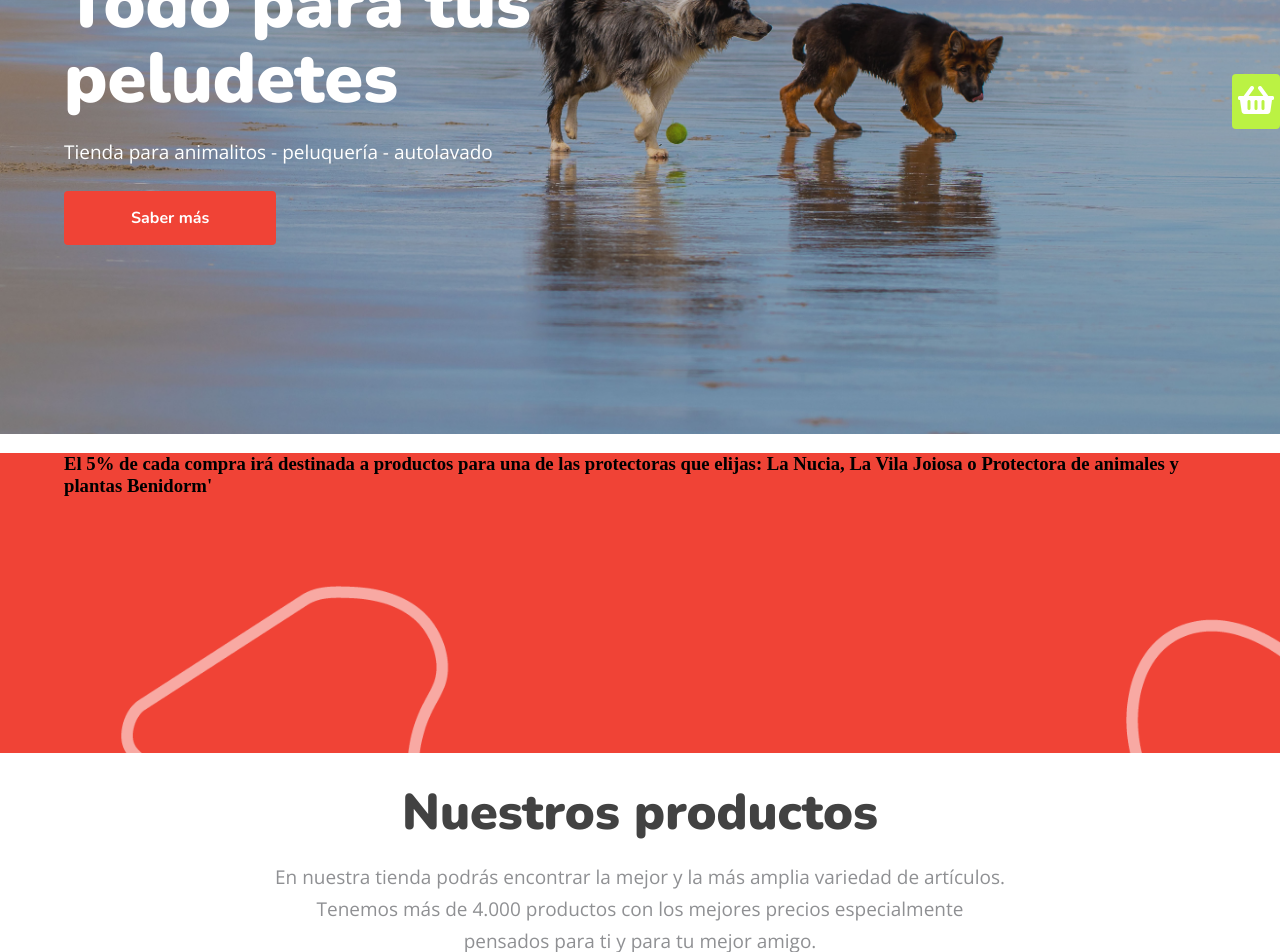
Repository: MarilynCuore/landingVet
Page: index.html
The author's editor kept a copy of each file at every save. The page is drawn from the files as they stood at one save, then again after the next save.
The browser window is 1280 px wide. The pictures show the part of the page from y = 286 to 1238 px (the page is 2983 px tall).
Some web libraries are served in a nearby version. The style sheet was rebuilt from its Sass, Less or Tailwind sources for each picture, by a compiler version that may differ from the author's.

Above is the page before, as saved 2020-06-25 14:08:17.

### index.html
<!DOCTYPE html>
<html lang="en">

<head>
    <meta charset="UTF-8">
    <meta name="viewport" content="width=device-width, initial-scale=1.0">
    <title>Document</title>
    <link rel="stylesheet" href="./main.css">
    <link rel="stylesheet" href="https://cdnjs.cloudflare.com/ajax/libs/font-awesome/5.13.0/css/all.min.css">
    <link rel="stylesheet" href="./swiper-master/package/css/swiper.min.css">
    <script src="./swiper-master/package/js/swiper.js"></script>
    <script src="./main.js"></script>
</head>

<body>
    <a href="http://surfinganimals.tienda.today/#pl" class="store"><i class="fas fa-shopping-basket"></i>
    </a>
    <!--Nav-->
    <nav>
        <div class="top-bar">
            <div class="container">
                <ul>
                    <li>
                        <a href="tel:+34656694146">Llámanos 656694146</a>
                    </li>
                    <li>
                        <a href="http://surfinganimals.tienda.today/#login">Mi cuenta</a>
                    </li>
                </ul>
            </div>
        </div>
        <div class="bottom-bar">
            <div class="container">
                <ul>
                    <li>
                        <a href="">
                            <img class="logo" src="./assets/white.png" width="170">
                        </a>
                    </li>
                </ul>
                <ul>
                    <li>
                        <a href="http://surfinganimals.tienda.today/#pl">Tienda</a>
                    </li>
                    <li>
                        <a href="#service">Servicios</a>
                    </li>
                    <li>
                        <a href="#contact">Contacto</a>
                    </li>
                </ul>
            </div>

        </div>

    </nav>
    <a href=""></a>
    <header>
        <div class="container">
            <h1>Todo para tus peludetes</h1>
            <p>Tienda para animalitos - peluquería - autolavado</p>
            <a href="#info">Saber más</a>
        </div>

    </header>
    <section>
        <div class="container">
            <h3>El <span>5%</span> de cada compra irá destinada a productos para una de las protectoras que elijas: La Nucia, La Vila Joiosa o Protectora de animales y plantas Benidorm'</h3>
        </div>
    </section>
    <section id="service">
        <div class="container">
            <div class="title">
                <h2>Nuestros productos</h2>
                <p>En nuestra tienda podrás encontrar la mejor y la más amplia variedad de artículos. <br>Tenemos más de
                    4.000 productos con los mejores precios especialmente <br>pensados para ti y para tu mejor amigo.</p>
            </div>
            <div class="grid">
                <div class="grid__container">
                    <div class="title">
                        <strong><a href="http://surfinganimals.tienda.today/#pl!eyJjIjozMTAxMjU4MiwicyI6IiIsInEiOiIxMiIsIm8iOiJpbWFnZSIsInBtaW4iOjAuMDEsInBtYXgiOjcwMy40Nn0=">Saber más</a></strong>
                        <span>Perros</span>
                    </div>
                </div>
                <div class="grid__container">
                    <div class="title">
                        <strong><a href="http://surfinganimals.tienda.today/#pl!eyJjIjozMTAxMjU4MywicyI6IiIsInEiOiIxMiIsIm8iOiJpbWFnZSIsInBtaW4iOjAuMDEsInBtYXgiOjcwMy40Nn0=">Saber más</a></strong>
                        <span>Gatos</span>
                    </div>
                </div>
                <div class="grid__container">
                    <div class="title">
                        <strong><a href="http://surfinganimals.tienda.today/#pl!eyJjIjozMTAxMjU4NCwicyI6IiIsInEiOiIxMiIsIm8iOiJpbWFnZSIsInBtaW4iOjAuMDEsInBtYXgiOjcwMy40Nn0=">Saber más</a></strong>
                        <span>Otros</span>
                    </div>
                </div>
            </div>
        </div>
    </section>
    <div class="swiper-container" id="info">
        <div class="swiper-wrapper">
            <div class="swiper-slide">
                <h1>Apertura <span>1 de junio</span> 2020</h1>
            </div>
            <div class="swiper-slide">
                <h1>LIBRE DE <span>COVID 19</span> <br> Desinfectamos diariamente con ozono</h1>
            </div>
            <div class="swiper-slide">
                <h1>PROMOCIÓN <span>20%</span> DE DESCUENTO <br> En todos los servicios de peluquería <br>
                    <small>(válido del 1 al 30 de junio del 2020)</small>
                </h1>
            </div>
        </div>
        <!-- If we need pagination -->
        <div class="swiper-pagination"></div>
        <!-- If we need navigation buttons -->
        <div class="swiper-button-prev"></div>
        <div class="swiper-button-next"></div>

    </div>
    <section id="contact">
        <div class="one">
            <div class="content container">
                <h3>Encuéntranos o ponte en contacto</h3>
                <div>
                    <p>Avenida de Xixo, 2  03502 Benidorm (Alicante)</p>
                    <a href="mailto:surfinganimalss@gmail.com">surfinganimalss@gmail.com</a>
                </div>
            </div>

        </div>
        <div class="two">
            <iframe
                src="https://www.google.com/maps/embed?pb=!1m18!1m12!1m3!1d3120.8457343049804!2d-0.1457208846487158!3d38.53732407962783!2m3!1f0!2f0!3f0!3m2!1i1024!2i768!4f13.1!3m3!1m2!1s0xd6204ce21245b81%3A0x5f329e0837acba10!2sAv.%20de%20Xixo%2C%202%2C%2003502%20Benidorm%2C%20Alicante!5e0!3m2!1ses!2ses!4v1590587822683!5m2!1ses!2ses"
                width="100%" height="450" frameborder="0" style="border:0;" allowfullscreen="" aria-hidden="false"
                tabindex="0"></iframe>
        </div>
    </section>
    <footer>
        <div class="container">
            <div>
                <ul>
                    <li>
                        <a href="">
                            <img src="./assets/footer.png" alt="" width="100">
                        </a>

                    </li>
                </ul>
            </div>
            <div>
                <h5>Tienda</h5>
                <ul>
                    <li>
                        <a href="http://surfinganimals.tienda.today/#pl!eyJjIjozMTAxMjU4MiwicyI6IiIsInEiOiIxMiIsIm8iOiJpbWFnZSIsInBtaW4iOjAuMDEsInBtYXgiOjcwMy40Nn0=">Perros</a>
                    </li>
                    <li>
                        <a href="http://surfinganimals.tienda.today/#pl!eyJjIjozMTAxMjU4MywicyI6IiIsInEiOiIxMiIsIm8iOiJpbWFnZSIsInBtaW4iOjAuMDEsInBtYXgiOjcwMy40Nn0=
                        ">Gatos</a>
                    </li>
                    <li>
                        <a href="http://surfinganimals.tienda.today/#pl!eyJjIjozMTAxMjU4NCwicyI6IiIsInEiOiIxMiIsIm8iOiJpbWFnZSIsInBtaW4iOjAuMDEsInBtYXgiOjcwMy40Nn0=">Otros animales</a>
                    </li>
                </ul>
            </div>
            <div>
                <h5>Enlaces</h5>
                <ul>
                    <li>
                        <a href="#contact">Contacto</a>
                    </li>
                    <li>
                        <a href="#service">Servicios</a>
                    </li>
                </ul>
            </div>
            <div>
                <h5>Instagram</h5>
                <div class="grid">
                    <a href=""></a>
                    <a href=""></a>
                    <a href=""></a>
                    <a href=""></a>
                    <a href=""></a>
                    <a href=""></a>
                </div>
            </div>
        </div>
    </footer>
</body>

</html>

### main.scss
@import url("https://fonts.googleapis.com/css2?family=Nunito:ital,wght@0,200;0,300;0,400;0,600;0,700;0,800;0,900;1,200;1,300;1,400;1,600;1,700;1,800;1,900&display=swap");
@import url("https://fonts.googleapis.com/css2?family=Open+Sans:ital,wght@0,300;0,400;0,600;0,700;0,800;1,300;1,400;1,600;1,700;1,800&display=swap");
$color-primary: #f04336;
html {
  scroll-behavior: smooth;
}
:root {
  --swiper-theme-color: #bbf243 !important;
}
.container {
  max-width: 90%;
  margin: 0 auto;
}
.store {
  position: fixed;
  right: 0;
  top: 50%;
  color: white;
  background-color: #bbf243;
  border-color: #ffffff;
  padding: 5px;
  text-decoration: none;
  font-weight: bold;
  font-family: "Nunito", sans-serif;
  border: 1px solid transparent;
  overflow: hidden;
  border-radius: 4px;
  font-size: 2rem;
  z-index: 999999999999;
}
.active {
  z-index: 10000;
  .top-bar {
    display: none;
  }
  background-color: white !important;
  .bottom-bar {
    padding-top: 0 !important;
    border-bottom: none !important;
  }
  ul {
    li {
      a {
        color: #adadad !important;
      }
    }
  }
}

nav {
  &.active {
    padding: 0;
  }
  background: transparent;
  position: fixed;
  left: 0;
  width: 100%;
  z-index: 10;
  border-bottom: solid 0.5px white;
  padding-top: 1rem;
  padding-bottom: 0;
  transition: all 0.3s ease-in-out;
  .top-bar {
    background-color: rgba(white, 0.3);
    position: fixed;
    top: 0;
    width: 100%;
    height: 35px;
    font-size: 13px;
    line-height: 1;
    z-index: 110;
    padding-top: 1rem;
    .container {
      margin-top: 5px;
      ul {
        display: flex;
        align-items: center;
        justify-content: flex-end;
        margin: 0px !important;
        li {
          list-style: none;
          a {
            text-decoration: none;
            color: white;
            font-size: 13px;
            font-weight: normal;
            font-family: "Nunito", sans-serif;
            &:hover {
              color: $color-primary;
            }
          }
          &:nth-of-type(1) {
            padding-right: 1rem;
          }
        }
      }
    }
  }
  .bottom-bar {
    padding-top: 2rem;
    .container {
      display: flex;
      align-items: center;
      justify-content: space-between;
      ul {
        width: 100%;
        margin: 0;
        padding-left: 0px;
        &:nth-of-type(2) {
          display: flex;
          align-self: center;
          justify-content: flex-end;
          li {
            padding-right: 3rem;
            &:last-child {
              padding-right: 0px !important;
            }
          }
        }
        li {
          list-style: none;
          a {
            text-decoration: none;
            color: white;
            font-size: 18px;
            font-weight: bold;
            font-family: "Nunito", sans-serif;
            img {
              padding-top: 0.5rem;
            }
            &:hover {
              color: $color-primary;
            }
          }
        }
      }
    }
  }
}
header {
  background-image: url("./assets/bg-vet.jpg");
  background-size: cover;
  background-position: bottom;
  background-repeat: no-repeat;
  height: 100vh;
  width: 100vw;
  position: relative;
  .container {
    padding-top: 2em;
    height: 100%;
    display: flex;
    flex-direction: column;
    align-items: flex-start;
    justify-content: center;

    h1 {
      z-index: 9;
      visibility: visible;
      text-align: left;
      line-height: 75px;
      letter-spacing: 0px;
      font-weight: 900;
      font-size: 70px;
      border-color: rgb(143, 144, 147);
      border-style: none;
      margin: 0px;
      padding: 0px;
      color: white;
      white-space: normal;
      width: 645px;
      height: auto;
      font-family: "Nunito", sans-serif;
    }
    p {
      z-index: 10;
      font-family: "Open Sans";
      visibility: visible;
      text-align: left;
      line-height: 30px;
      letter-spacing: 0px;
      font-weight: 400;
      font-size: 19px;
      border-color: rgb(143, 144, 147);
      border-style: none;
      margin: 0px;
      padding: 0px;
      color: white;
      white-space: normal;
      width: 639px;
      height: auto;
      padding-top: 1.2rem;
      padding-bottom: 1.5rem;
      font-family: "Open Sans", sans-serif;
    }
    a {
      color: white;
      background-color: $color-primary;
      border-color: #ffffff;
      padding: 15px 66px;
      text-decoration: none;
      font-weight: bold;
      font-family: "Nunito", sans-serif;
      border: 1px solid transparent;
      overflow: hidden;
      border-radius: 4px;
    }
  }
}
.swiper-container {
  .swiper-slide {
    font-family: "Nunito", sans-serif;
    display: flex;
    justify-content: center;
    align-items: center;
    color: white;
    height: 400px;
    background-size: cover;
    background-position: center;
    background-color: rgba(#3e3e3e, 0.2);
    background-blend-mode: lighten;
    h1 {
      font-size: 40px;
      width: 80%;
      text-align: center;
      span {
        transform: translateY(-6px);
        display: inline-block;
        z-index: 1;
        background: $color-primary;
        padding: 5px 15px;
        color: white;
        font-size: 22px;
        clip-path: polygon(0 0, 100% 0, 90% 100%, 10% 100%);
        font-family: "Nunito", sans-serif;
        font-size: 1.3rem;
        font-weight: bold;
        transition: all 0.5s ease;
      }
      small {
        font-size: 16px;
      }
    }
    &:nth-child(1) {
      background-image: url("https://images.unsplash.com/photo-1554149944-5ca79e771636?ixlib=rb-1.2.1&ixid=eyJhcHBfaWQiOjEyMDd9&auto=format&fit=crop&w=1950&q=80");
    }
    &:nth-child(2) {
      background-image: url("https://images.unsplash.com/photo-1587131593450-168211a8c312?ixlib=rb-1.2.1&ixid=eyJhcHBfaWQiOjEyMDd9&auto=format&fit=crop&w=2000&q=80");
    }
    &:nth-child(3) {
      background-image: url("https://images.unsplash.com/photo-1516734212186-a967f81ad0d7?ixlib=rb-1.2.1&ixid=eyJhcHBfaWQiOjEyMDd9&auto=format&fit=crop&w=1951&q=80");
    }
  }
}
section {
  &:nth-of-type(1){
    width: 100%;
    height: 300px;
    background-image: url('./assets/background-red.png');
    background-size: cover;
    background-position: center;
    background-repeat: no-repeat;
  }
  &:nth-of-type(2) {
    padding-bottom: 3.5rem;
    .container {
      .title {
        h2 {
          font-size: 50px;
          line-height: 1.1em;
          text-align: center;
          color: #424242;
          font-weight: bold;
          margin: 0;
          padding: 0;
          padding-top: 2rem;
          padding-bottom: 1.3rem;
          font-family: "Nunito", sans-serif;
          font-weight: 900;
        }
        p {
          color: #8f9093;
          font-size: 19px;
          line-height: 32px;
          text-align: center;
          margin: 0;
          padding: 0;
          font-family: "Open Sans", sans-serif;
        }
      }
      .grid {
        padding-top: 2rem;
        height: 500px;
        position: relative;
        max-width: 100%;
        margin: 0 auto;
        display: flex;
        &__container {
          background-size: cover;
          background-position: center;
          background-repeat: no-repeat;
          padding: 20px;
          display: grid;
          place-items: center;
          text-align: center;
          color: white;
          transition: 0.3s;
          border-radius: 6px;
          display: flex;
          align-items: flex-end;
          flex: 1 1 auto;
          transition: 0.5s;
          &:hover {
            flex: 2 1 auto;
          }
          .title {
            margin-bottom: 2em;
            display: flex;
            justify-content: center;
            width: 100%;
            position: relative;
            cursor: pointer;
            &:hover {
              strong {
                top: -35px;
                opacity: 1;
                color: black;
                border-radius: 0;
                transform: scale(1);
              }
            }
            strong {
              transition: all 0.5s ease;
              overflow: hidden;
              opacity: 1;
              display: block;
              position: absolute;
              top: 5px;
              z-index: 0;
              transform: scale(0);
              padding: 5px 10px;
              background: white;
              color: white;
              font-family: "Nunito", sans-serif;
              a {
                color: $color-primary;
                text-decoration: none;
                cursor: pointer;
              }
              &:hover {
                & + span {
                  background-color: $color-primary;
                  color: white;
                }
              }
            }
            span {
              z-index: 1;
              background: white;
              padding: 5px 15px;
              color: $color-primary;
              font-size: 18px;
              clip-path: polygon(0 0, 100% 0, 90% 100%, 10% 100%);
              font-family: "Nunito", sans-serif;
              font-size: 1.3rem;
              font-weight: bold;
              transition: all 0.5s ease;
              &:hover {
                background: $color-primary;
                color: white;
              }
            }
          }
          &:nth-child(1) {
            margin-right: 10px;
            background-image: url("https://images.unsplash.com/photo-1504826260979-242151ee45b7?ixlib=rb-1.2.1&ixid=eyJhcHBfaWQiOjEyMDd9&auto=format&fit=crop&w=934&q=80");
            background-position: bottom;
          }
          &:nth-child(2) {
            margin-right: 10px;
            background-image: url("https://images.unsplash.com/photo-1574231164645-d6f0e8553590?ixlib=rb-1.2.1&ixid=eyJhcHBfaWQiOjEyMDd9&auto=format&fit=crop&w=1035&q=80");
          }
          &:nth-child(3) {
            margin-right: 10px;
            background-image: url("https://images.unsplash.com/photo-1529040274442-815019b0e4fc?ixlib=rb-1.2.1&auto=format&fit=crop&w=933&q=80");
          }
        }
      }
    }
  }
  &:nth-of-type(3) {
    display: flex;
    width: 100%;
    justify-content: space-between;
    width: 100%;
    .one {
      width: 50%;
      background-color: #ededed;
      .content {
        display: flex;
        flex-direction: column;
        align-items: center;
        justify-content: center;
        height: 100%;
        h3 {
          color: #424242;
          font-family: "Nunito", sans-serif;
          font-weight: 900;
          text-align: center;
          word-wrap: break-word;
          font-size: 40px;
          margin: 0;
          padding: 0;
        }
        div {
          display: flex;
          flex-direction: column;
          justify-content: center;
          align-items: center;
          p {
            font-size: 15px;
            font-weight: 400;
            line-height: 25px;
            color: #8f9093;
            font-family: "Open Sans";
            text-align: center;
          }
          a {
            font-size: 15px;
            font-weight: bold;
            line-height: 25px;
            color: $color-primary;
            font-family: "Open Sans";
            text-decoration: none;
          }
        }
      }
    }
    .two {
      width: 50%;
      iframe {
        display: block;
      }
    }
  }
}
footer {
  .container {
    display: flex;
    justify-content: space-between;
    align-items: flex-start;
    padding-top: 3rem;
    padding-bottom: 2rem;
    div {
      width: 33%;
      h5 {
        color: #4a4a4a;
        font-weight: 900;
        font-family: "Nunito", sans-serif;
        font-size: 24px;
        margin: 0;
      }
      ul {
        padding: 0px;
        li {
          list-style: none;
          p {
            color: #8f9093;
            text-align: left;
            font-family: "Open Sans";
            font-size: 15px;
            font-weight: 400;
            line-height: 25px;
            margin: 34px 0px 0px;
          }
          a {
            color: #8f9093;
            text-decoration: none;
            font-size: 15px;
            font-weight: 400;
            line-height: 25px;
            font-family: "Open Sans";
            &:hover {
              color: $color-primary;
            }
          }
        }
      }
      .grid {
        display: flex;
        align-items: center;
        justify-content: flex-start;
        flex-wrap: wrap;
        width: 100%;
        padding-top: 1rem;
        a {
          width: calc(33% - 2px);
          height: 85px;
          margin: 1px;
          background-size: cover;
          background-position: center;
          background-repeat: no-repeat;
          &:hover {
            transition: all 0.1s ease;
            transform: scale(0.9) rotate(10deg);
          }
          &:nth-of-type(1) {
            background-image: url("https://images.unsplash.com/photo-1494256997604-768d1f608cac?ixlib=rb-1.2.1&ixid=eyJhcHBfaWQiOjEyMDd9&auto=format&fit=crop&w=2001&q=80");
          }
          &:nth-of-type(2) {
            background-image: url("https://images.unsplash.com/photo-1507146426996-ef05306b995a?ixlib=rb-1.2.1&ixid=eyJhcHBfaWQiOjEyMDd9&auto=format&fit=crop&w=1950&q=80");
          }
          &:nth-of-type(3) {
            background-image: url("https://images.unsplash.com/photo-1536612125961-dca53f20363d?ixlib=rb-1.2.1&auto=format&fit=crop&w=1950&q=80");
          }
          &:nth-of-type(4) {
            background-image: url("https://images.unsplash.com/photo-1586326709898-0a344840a314?ixlib=rb-1.2.1&auto=format&fit=crop&w=1950&q=80");
          }
          &:nth-of-type(5) {
            background-image: url("https://images.unsplash.com/photo-1518794183325-56eed2af11fa?ixlib=rb-1.2.1&ixid=eyJhcHBfaWQiOjEyMDd9&auto=format&fit=crop&w=1867&q=80");
          }
          &:nth-of-type(6) {
            background-image: url("https://images.unsplash.com/photo-1425082661705-1834bfd09dca?ixlib=rb-1.2.1&ixid=eyJhcHBfaWQiOjEyMDd9&auto=format&fit=crop&w=1955&q=80");
          }
        }
      }
    }
  }
}
body {
  margin: 0;
  padding: 0;
}
@media only screen and (max-width: 646px) {
  header {
    .container {
      align-items: center !important;
      h1 {
        text-align: center !important;
      }
      p {
        text-align: center !important;
      }
    }
  }
  section {
    &:nth-of-type(1) {
      .container {
        .grid {
          flex-direction: column;
          &__container {
            &:nth-of-type(1) {
              margin-bottom: 10px;
              padding-left: 0px !important;
            }
            &:nth-of-type(2) {
              margin-bottom: 10px;
              padding-left: 0px !important;
            }
          }
        }
      }
    }
    &:nth-of-type(2) {
      flex-direction: column;
      .one {
        width: 100% !important;
        padding-top: 1rem;
        padding-bottom: 1rem;
      }
      .two {
        width: 100% !important;
      }
    }
  }
  footer {
    .container {
      flex-direction: column;
      div {
        width: 100% !important;
        ul {
          display: flex;
          flex-direction: column;
          align-items: center;
          justify-content: center;
        }
        h5 {
          text-align: center;
        }
      }
    }
  }
}

Loaded but not shown: swiper-master/package/css/swiper.min.css (library); swiper-master/package/js/swiper.js (library); main.js (32 lines, source omitted)

After the next save:
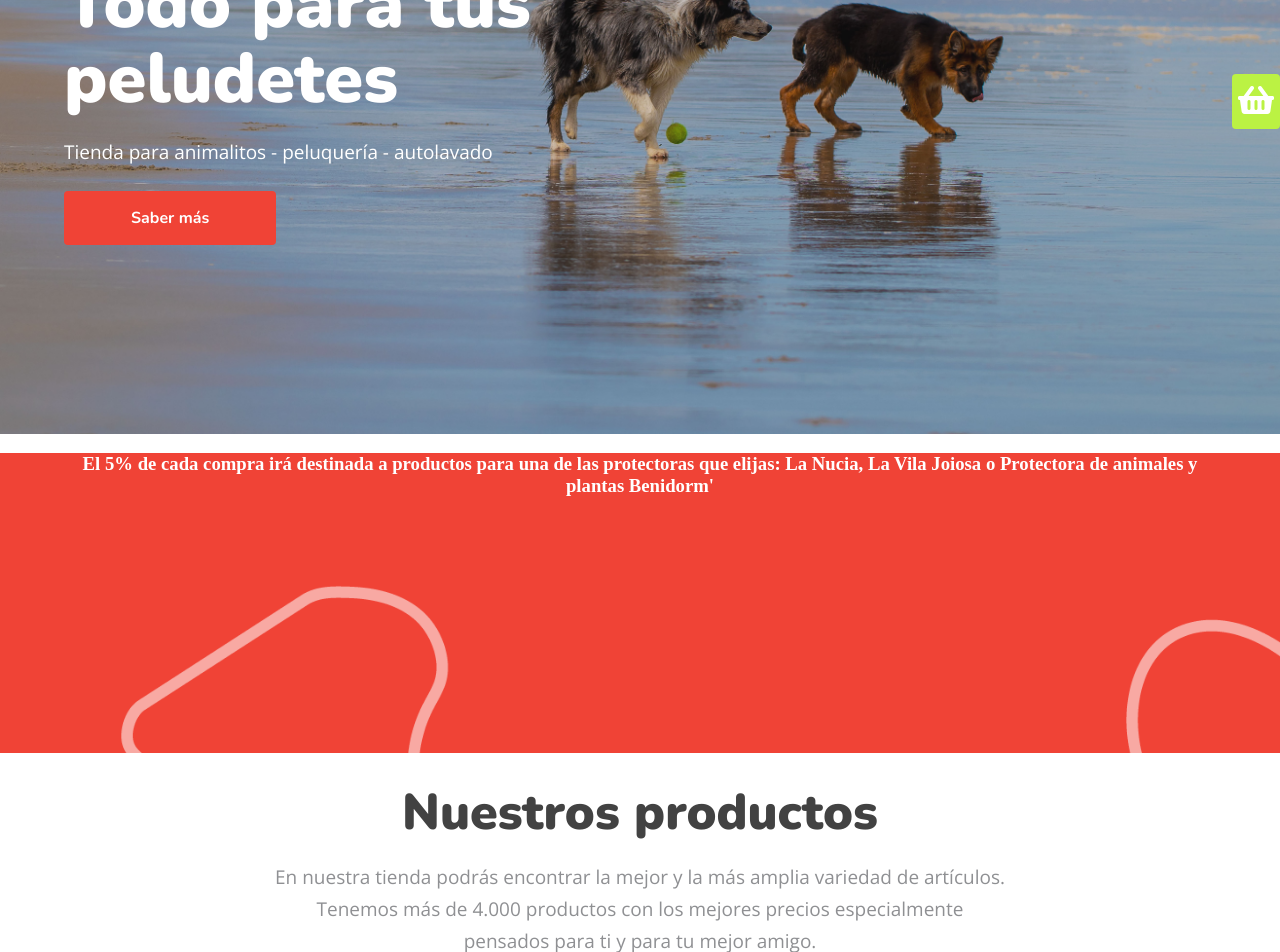
Saved 25 s later.
--- a/main.scss
+++ b/main.scss
@@ -259,6 +259,12 @@ section {
     background-size: cover;
     background-position: center;
     background-repeat: no-repeat;
+    .container{
+      h3{
+        color:white;
+        text-align: center;
+      }
+    }
   }
   &:nth-of-type(2) {
     padding-bottom: 3.5rem;
